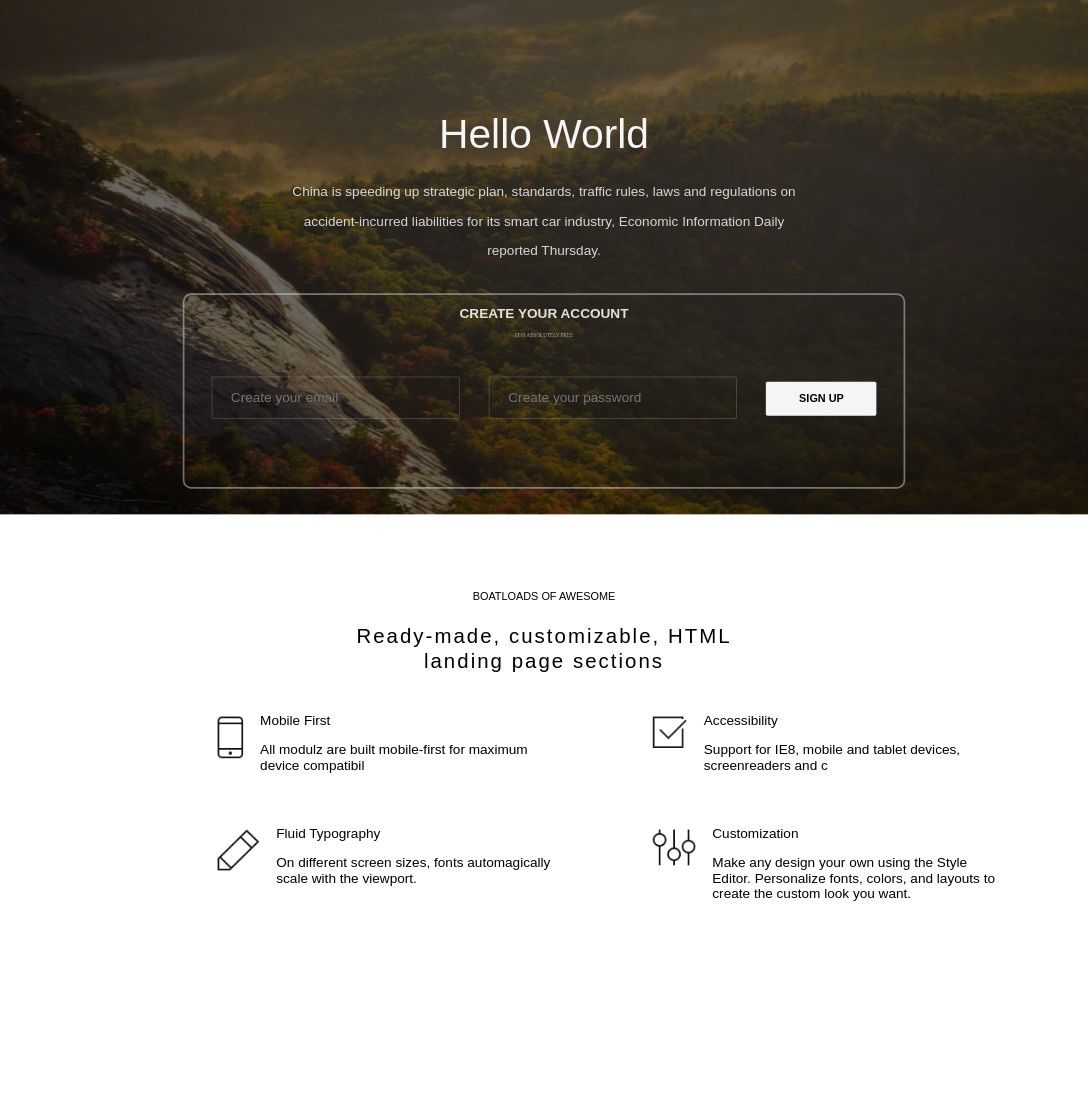
Repository: sogeisetsu/suy-ife
Page: 009-011/index.html
These files come from the project's save history. The page is drawn as it stood at one moment and after the next save; the edit follows.
The browser window is 1280 px wide. The pictures show the whole page, at 85% of full size.

Above is the page before, as saved 2019-10-11 22:46:00.

After the next save:
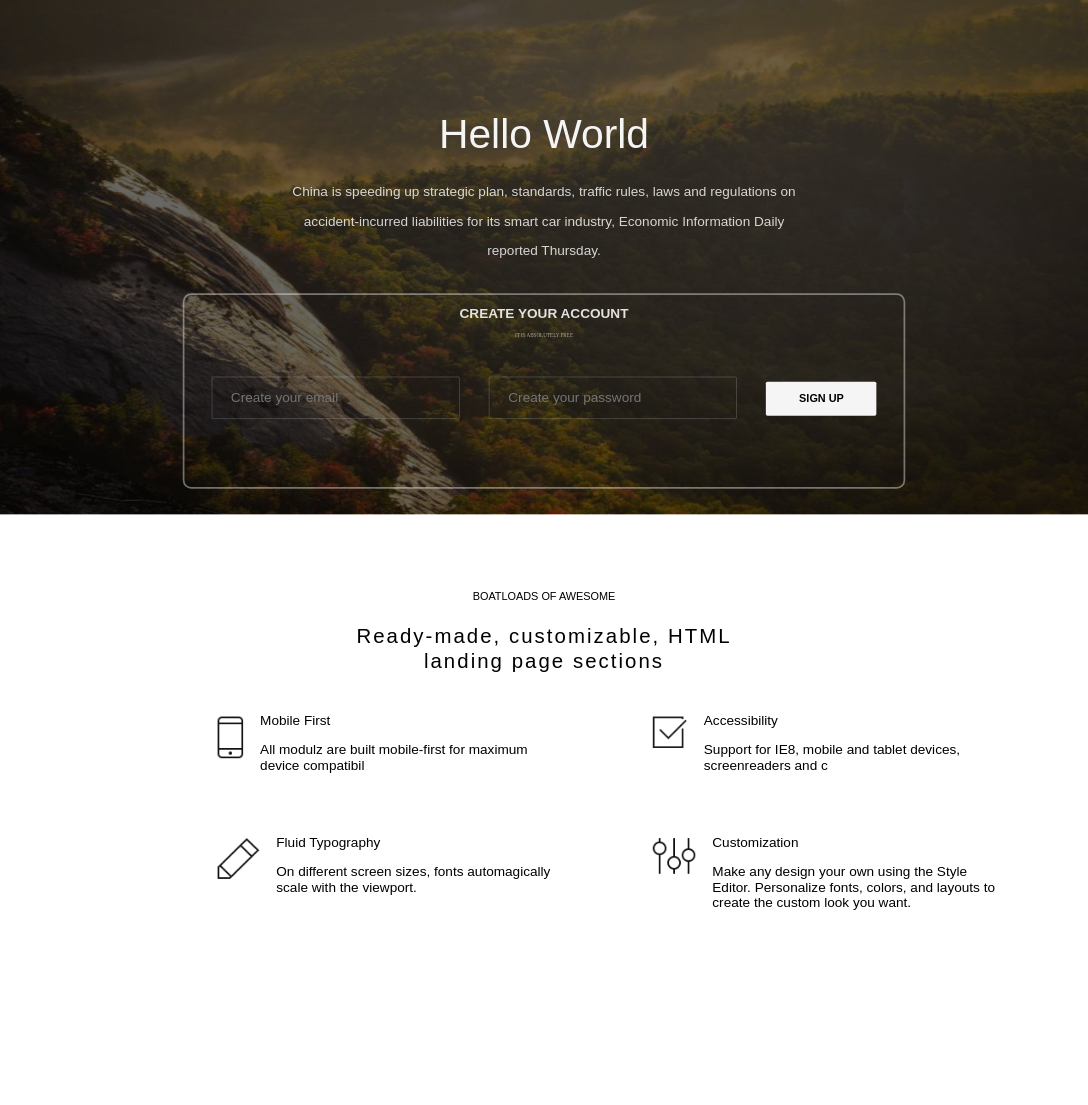
Saved 14 s later.
--- a/009-011/index.css
+++ b/009-011/index.css
@@ -130,7 +130,7 @@ input{
 }
 .iphone,.check,.pencil,.setting{
     flex: 50%;
-    margin-bottom: 30px;
+    margin-bottom: 40px;
     /* overflow: hidden; */
 }
 .iphone img,.iphone .texto,.check .texto,.check img,.pencil .texto,.pencil img,.setting img,.setting .texto{
